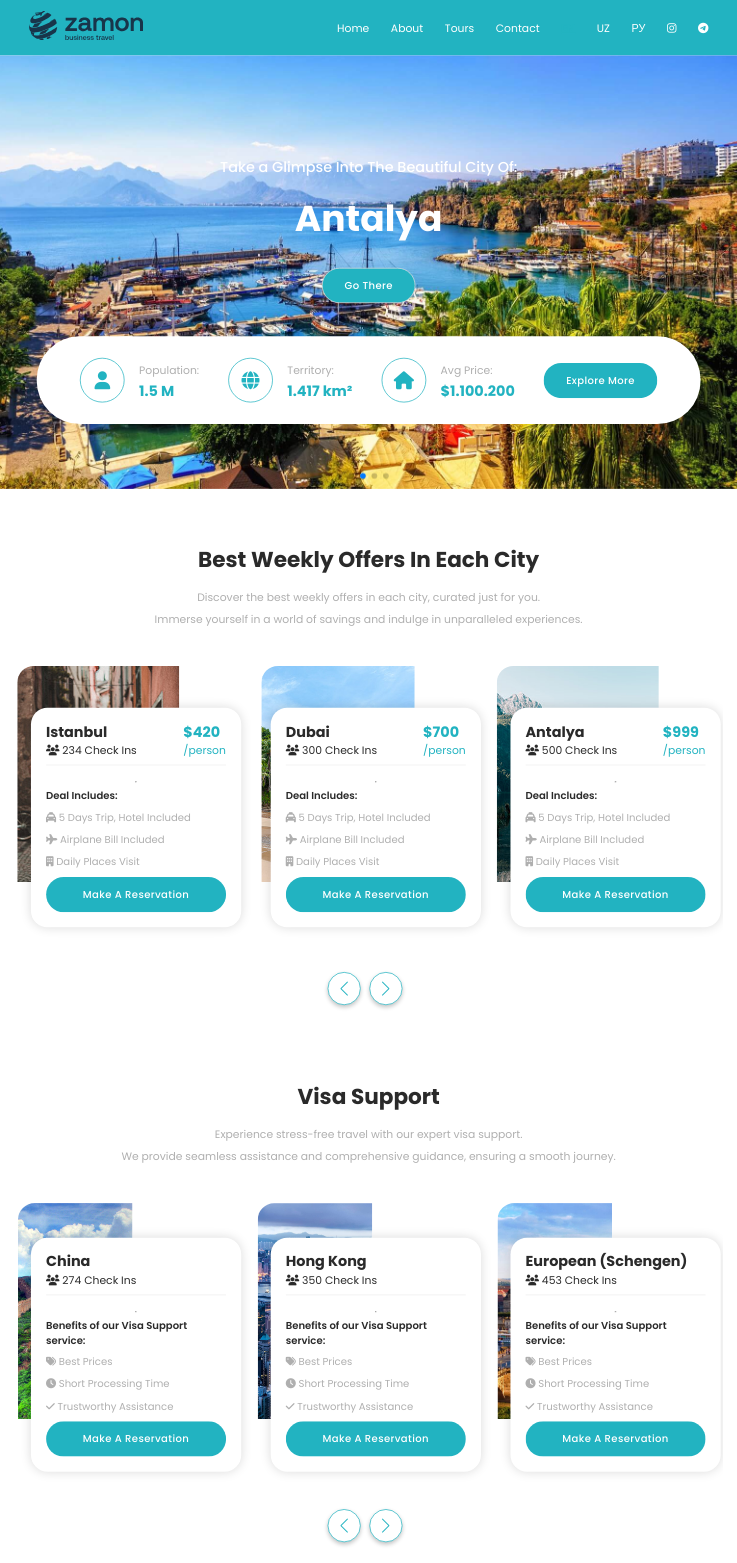
Repository: asadbekdev07/asadbekdev-zamontour-react
Page: /
The author's editor kept a copy of each file at every save. The page is drawn from the files as they stood at one save, then again after the next save.
The browser window is 1024 px wide. The pictures show the whole page, at 72% of full size.
The project was rebuilt for these pictures with package versions that can differ from the ones it lists, and the page was loaded fresh each time. Also part of the build but not shown: vite.config.js.

Above is the page before, as saved 2024-05-26 17:27:18.

After the next save:
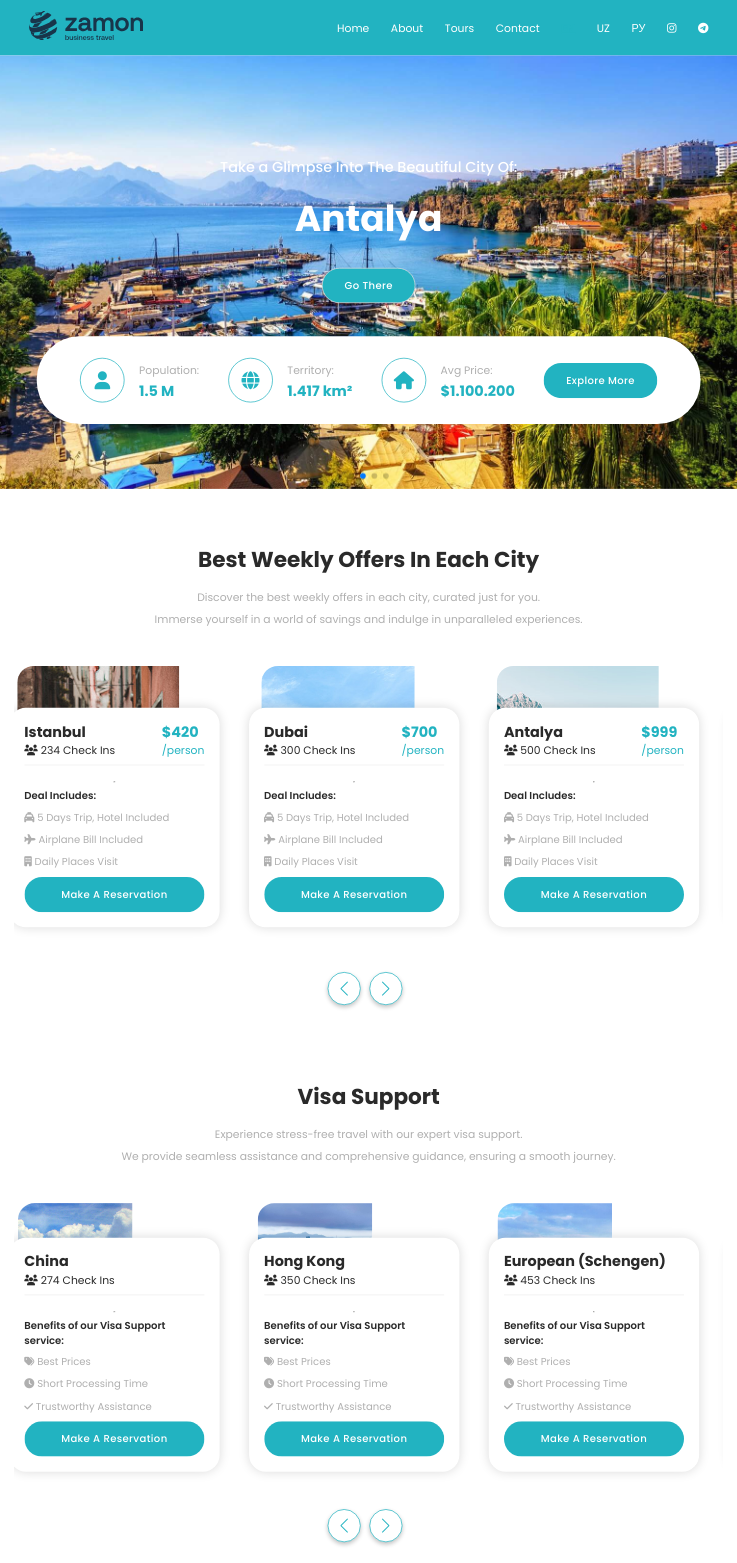
Saved 16 s later.
--- a/src/assets/styles/index.css
+++ b/src/assets/styles/index.css
@@ -724,6 +724,7 @@ select:-webkit-autofill:focus {
 @media only screen and (min-width: 1000px) and (max-width: 1200px) {
   .inner {
     width: 250px;
+    margin-right: 30px;
   }
 }
 
